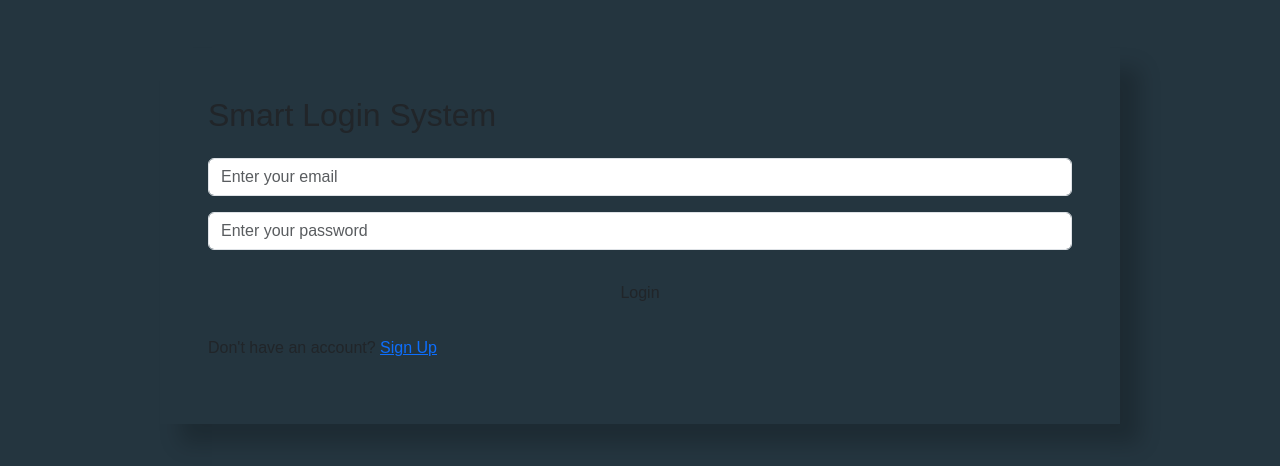
Repository: bodajava/TASK-4
Page: index.html
An editor plug-in stored every save of this project. The page is shown before and after the next save, followed by the edit.
The browser window is 1280 px wide. The pictures show the whole page.

Above is the page before, as saved 2025-06-16 18:15:09.

After the next save:
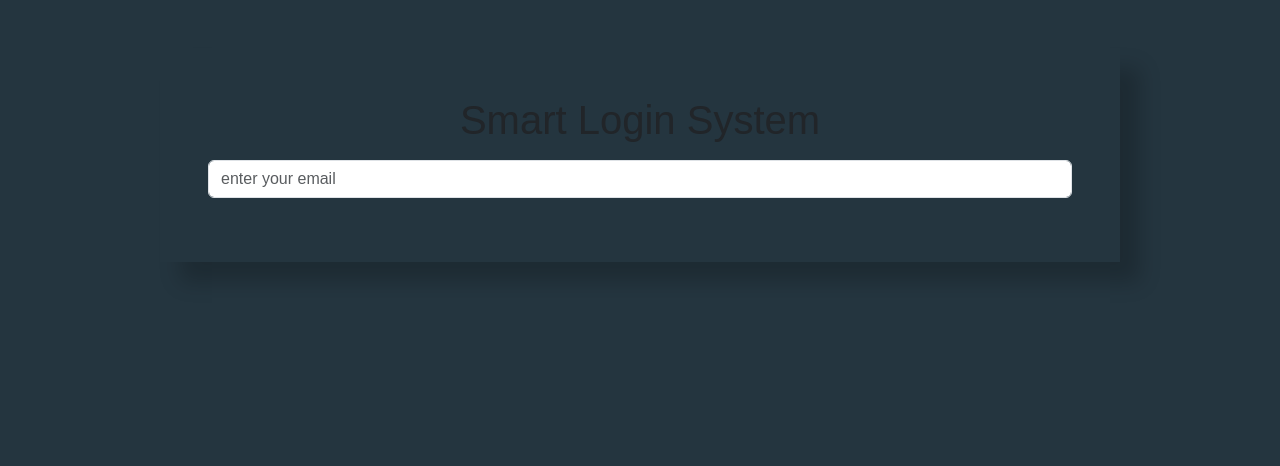
Saved 18 s later.
--- a/index.html
+++ b/index.html
@@ -10,31 +10,13 @@
   </head>
   <body>
     <div id="item" class="container my-5 w-75 p-5">
-      <div class="login-box">
-        <h2>Smart Login System</h2>
-        <form>
-          <div class="mb-3 mt-4">
-            <input
-              type="email"
-              class="form-control"
-              placeholder="Enter your email"
-            />
-          </div>
-          <div class="mb-3">
-            <input
-              type="password"
-              class="form-control"
-              placeholder="Enter your password"
-            />
-          </div>
-          <div class="d-grid mt-4">
-            <button type="submit" class="btn btn-custom">Login</button>
-          </div>
-        </form>
-        <p class="mt-4 signup-link">
-          Don't have an account? <a href="#">Sign Up</a>
-        </p>
-      </div>
+      <h1 class="text-center">Smart Login System</h1>
+      <input
+        type="text"
+        placeholder="enter your email"
+        class="form-control my-3"
+        id="signinEmail"
+      />
     </div>
     <script src="js/bootstrap.bundle.min.js"></script>
     <script src="js/index.js"></script>
